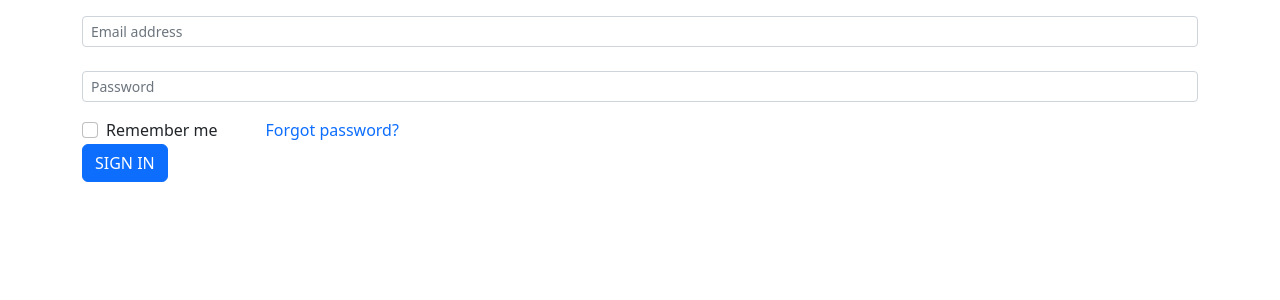
Repository: NPhanA/React2022
Page: / (app in Day 03-React/exercise/)
The author's editor kept a copy of each file at every save. The page is drawn from the files as they stood at one save, then again after the next save.
The browser window is 1280 px wide. The pictures show the whole page.
The project was rebuilt for these pictures with package versions that can differ from the ones it lists, and the page was loaded fresh each time. Also part of the build but not shown: Day 03-React/exercise/src/App.css, Day 03-React/exercise/src/App.js, Day 03-React/exercise/src/Components/UserAgent.js, Day 03-React/exercise/src/Components/ProfileCard.js.

Above is the page before, as saved 2022-07-26 22:15:24.

After the next save:
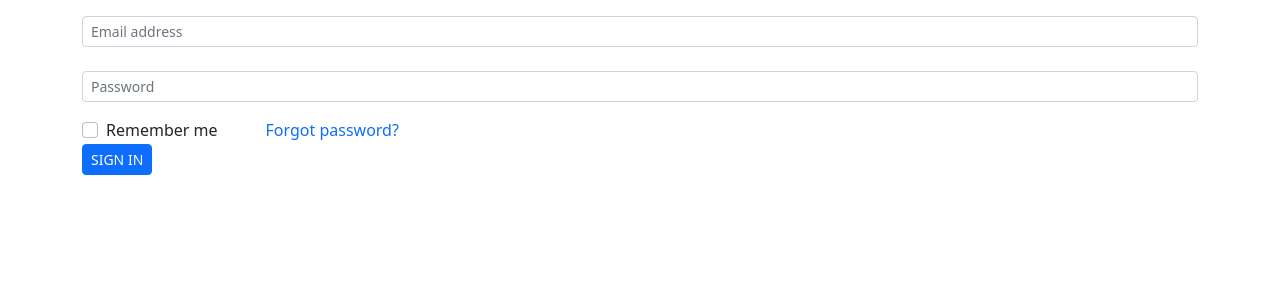
Saved 37 s later.
--- a/Day 03-React/exercise/src/Components/SignInForm.js
+++ b/Day 03-React/exercise/src/Components/SignInForm.js
@@ -14,7 +14,7 @@
                         </label>
                         <span className="text-primary ms-5">Forgot password?</span>
                     </div>
-                    <button className="btn btn-primary">SIGN IN</button>
+                    <button className="btn btn-primary btn-sm">SIGN IN</button>
                 </form>
             </div>
         </div>

After the save that followed:
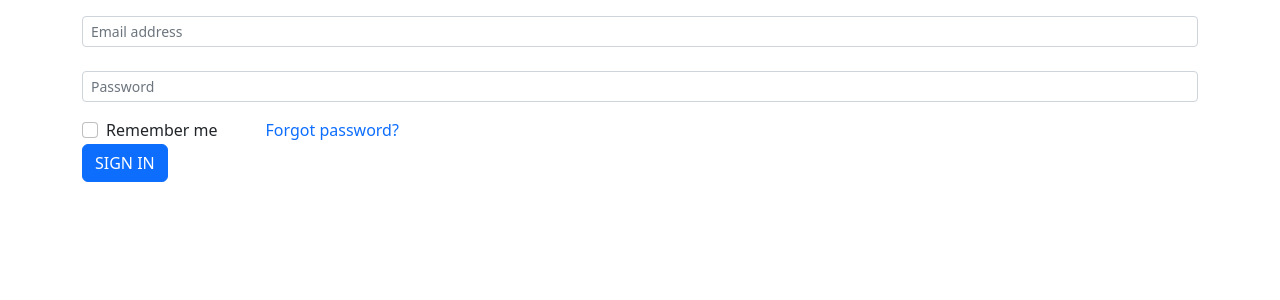
Saved 6 s later.
--- a/Day 03-React/exercise/src/Components/SignInForm.js
+++ b/Day 03-React/exercise/src/Components/SignInForm.js
@@ -14,7 +14,7 @@
                         </label>
                         <span className="text-primary ms-5">Forgot password?</span>
                     </div>
-                    <button className="btn btn-primary btn-sm">SIGN IN</button>
+                    <button className="btn btn-primary btn-md">SIGN IN</button>
                 </form>
             </div>
         </div>
